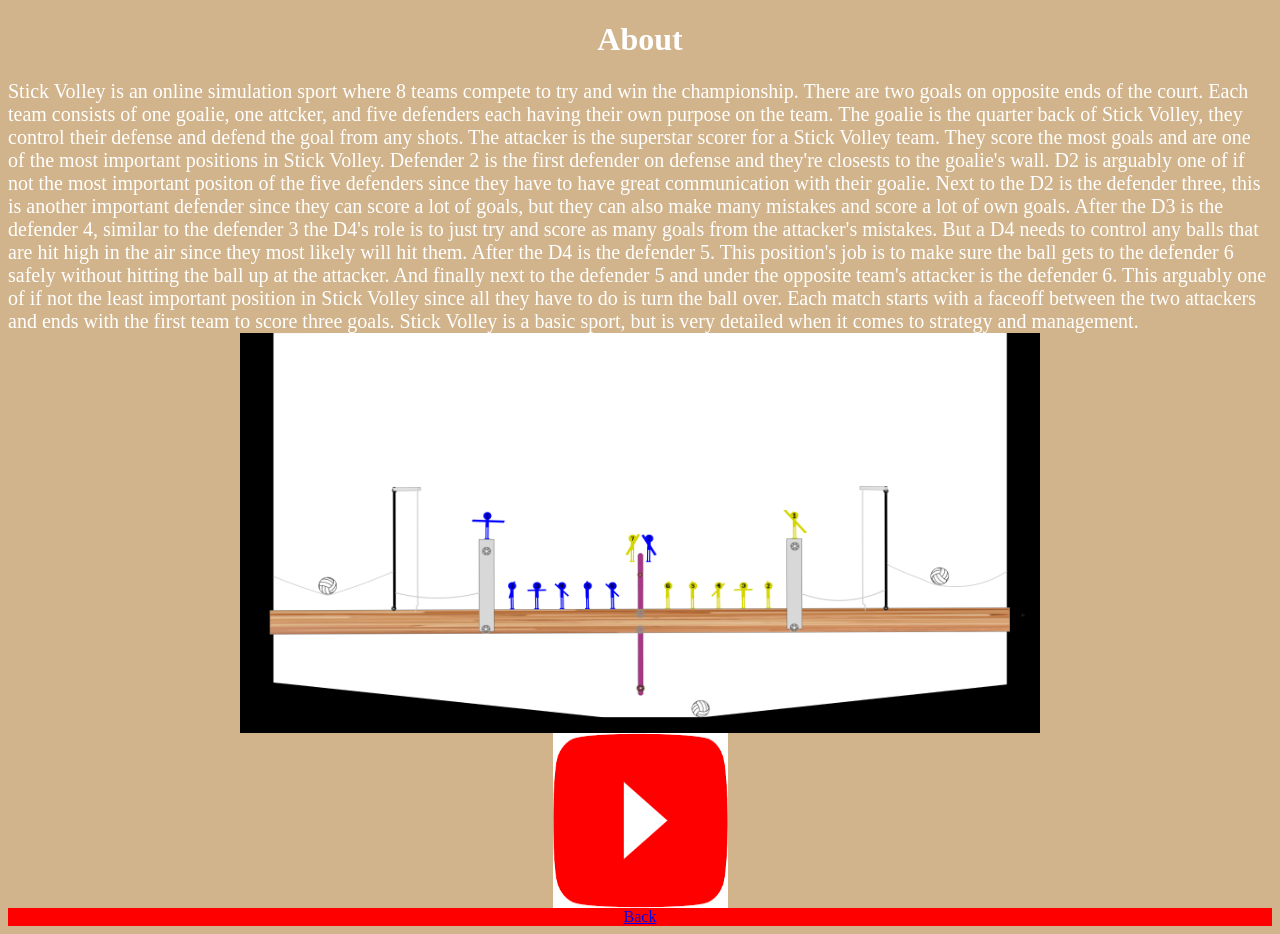
Repository: eppolij1/eppolij1.github.io
Page: about.html
The author's editor kept a record of every edit. The page is drawn from the files as they stood at one moment, then again after the next edit.
The browser window is 1280 px wide. The pictures show the whole page.

Above is the page before.

### about.html
<!DOCTYPE html>
<html>
    <head>
        <style type="text/css">
                  body {
  background-color: tan;
  }
  h1 {
  color: white;
}
 p1 {
  color: white;
}
container {
  text-align: center;
  padding: 10px 20px;
}

.flex-container {
  display: flex;
  justify-content: center;
  background-color: red;
  text-align: center;
  }

img {
  display: block;
  margin-left: auto;
  margin-right: auto;
}

    </style>
     </head>
     <body>
         <h1 style="text-align:center;">
       About
    </h1>
    <p1 style="font-size:20px;">
        Stick Volley is an online simulation sport where 8 teams compete to try and win the championship. There are two goals on opposite ends of the court. Each team consists of one goalie, one attcker, and five defenders each having their own purpose on the team.
        The goalie is the quarter back of Stick Volley, they control their defense and defend the goal from any shots. The attacker is the superstar scorer for a Stick Volley team. They score the most goals and are one of the most important positions in Stick Volley.
        Defender 2 is the first defender on defense and they're closests to the goalie's wall. D2 is arguably one of if not the most important positon of the five defenders since they have to have great communication with their goalie. Next to the D2 is the defender
        three, this is another important defender since they can score a lot of goals, but they can also make many mistakes and score a lot of own goals. After the D3 is the defender 4, similar to the defender 3 the D4's role is to just try and score as many goals
        from the attacker's mistakes. But a D4 needs to control any balls that are hit high in the air since they most likely will hit them. After the D4 is the defender 5. This position's job is to make sure the ball gets to the defender 6 safely without hitting the
        ball up at the attacker. And finally next to the defender 5 and under the opposite team's attacker is the defender 6. This arguably one of if not the least important position in Stick Volley since all they have to do is turn the ball over. Each match starts with
        a faceoff between the two attackers and ends with the first team to score three goals. Stick Volley is a basic sport, but is very detailed when it comes to strategy and management.
    </p1>
      <img src="sve.png" alt="Schedule Part 1" usemap="#S5pt1" width="800" height="400">

     </body>

         <img src="YT.png" usemap="#PP" width="175" height="175">
<map name="PP">
  <area shape="rect" coords="5,5,165,150" href="https://www.youtube.com/channel/UCieJE1oV8GPoHAQE427dncQ">
</map>
<div class="flex-container">
        <div> <a href="main_screen.html">Back</a></div>
     </html>

After the next edit:
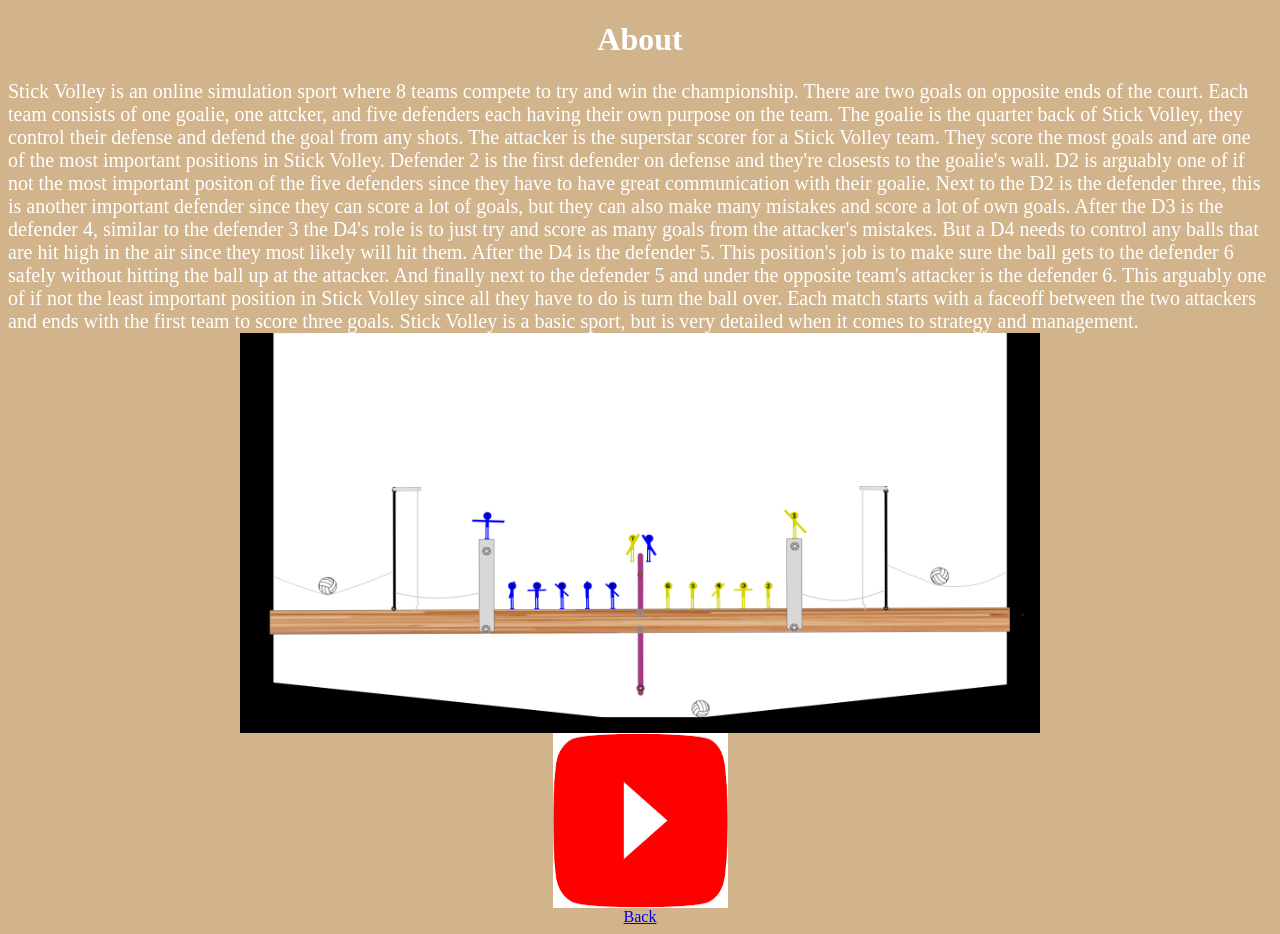
The edit:
--- a/about.html
+++ b/about.html
@@ -19,7 +19,7 @@
 .flex-container {
   display: flex;
   justify-content: center;
-  background-color: red;
+  background-color: tan;
   text-align: center;
   }
 
